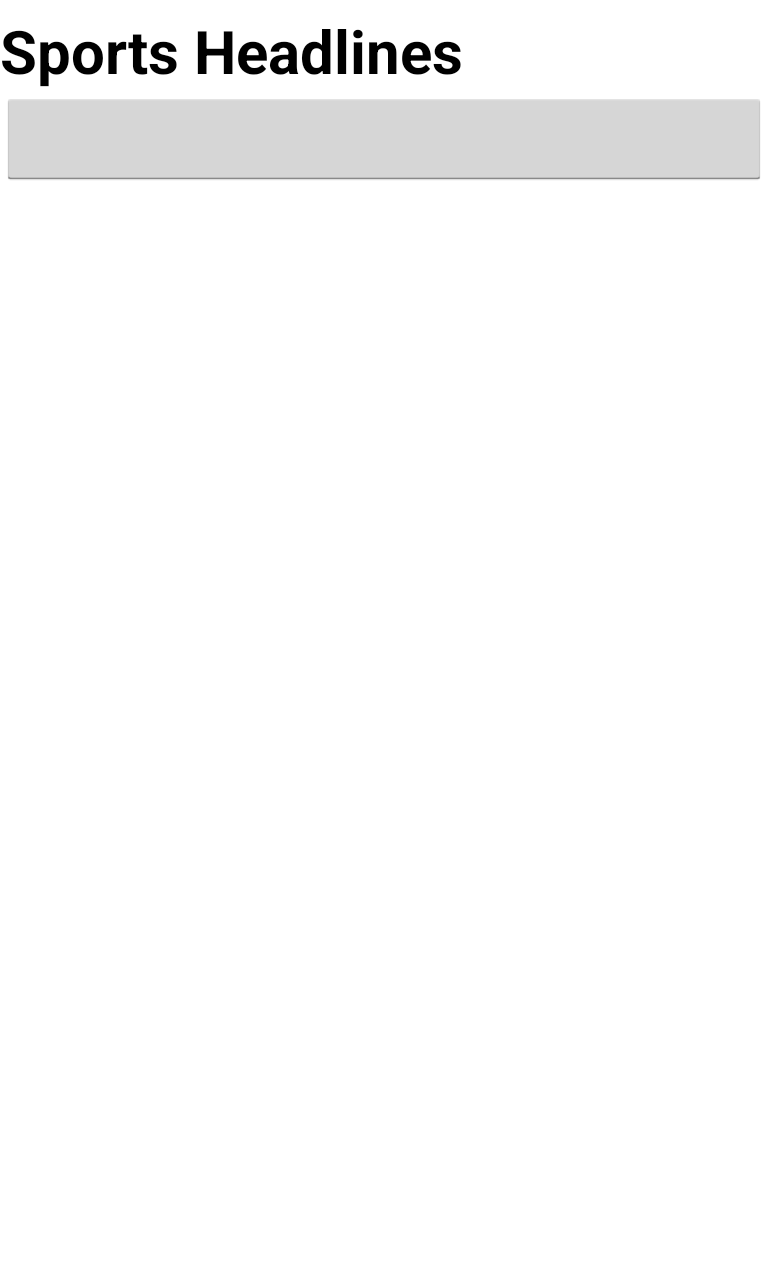
Repository: jbentley313/java2_Bentley2
Layout: sportsHeadlines/res/layout/activity_main.xml
An editor plug-in stored every save of this project. The layout is shown before and after the next save, followed by the edit.
It is drawn on a 768 x 1280 px phone screen (xhdpi) without system bars, with theme AppTheme; the app's code is not run. Lists and similar views that code fills are empty.

Above is the layout before, as saved 2014-01-10 00:45:09.

### sportsHeadlines/res/layout/activity_main.xml
<LinearLayout xmlns:android="http://schemas.android.com/apk/res/android"
    xmlns:tools="http://schemas.android.com/tools"
    android:layout_width="fill_parent"
    android:layout_height="wrap_content"
    android:orientation="vertical" >

    <TextView
        android:id="@+id/titleTextView"
        style="@style/TitleStyle"
        android:layout_width="match_parent"
        android:layout_height="wrap_content"
        android:text="@string/sports_headlines" />


    <Button
        android:id="@+id/firstButton"
        android:layout_width="fill_parent"
        android:layout_height="wrap_content" />

    <TextView
        android:id="@+id/resultTextView"
        android:layout_width="match_parent"
        android:layout_height="wrap_content" />

    <ListView
        android:id="@+id/list"
        android:layout_width="match_parent"
        android:layout_height="wrap_content"
        android:divider="#ffffff" />


</LinearLayout>

### sportsHeadlines/res/values/styles.xml
<resources xmlns:android="http://schemas.android.com/apk/res/android">

    <!--
        Base application theme, dependent on API level. This theme is replaced
        by AppBaseTheme from res/values-vXX/styles.xml on newer devices.
    -->
    <style name="AppBaseTheme" parent="android:Theme.Light">
        <!--
            Theme customizations available in newer API levels can go in
            res/values-vXX/styles.xml, while customizations related to
            backward-compatibility can go here.
        -->
    </style>

    <!-- Application theme. -->
    <style name="AppTheme" parent="AppBaseTheme">
        <!-- All customizations that are NOT specific to a particular API-level can go here. -->
    </style>

    <style name="TitleStyle">
        <item name="android:textStyle">bold</item>
        <item name="android:textColor">@android:color/black</item>
        <item name="android:textSize">30sp</item>
        <item name="android:paddingTop">5dp</item>
    </style>

</resources>

### sportsHeadlines/res/values/strings.xml
<?xml version="1.0" encoding="utf-8"?>
<resources>

    <string name="app_name">sportsHeadlines</string>
    <string name="action_settings">Settings</string>
    <string name="hello_world">Hello world!</string>
    <string name="sports_headlines">Sports Headlines</string>
    <string name="headline">Headline</string>
    <string name="last_modified">Last Modified</string>
    <string name="refresh">Refresh</string>

</resources>

Loaded but not shown: sportsHeadlines/res/values-v11/styles.xml (common file); sportsHeadlines/res/values-v14/styles.xml (common file)

After the next save:
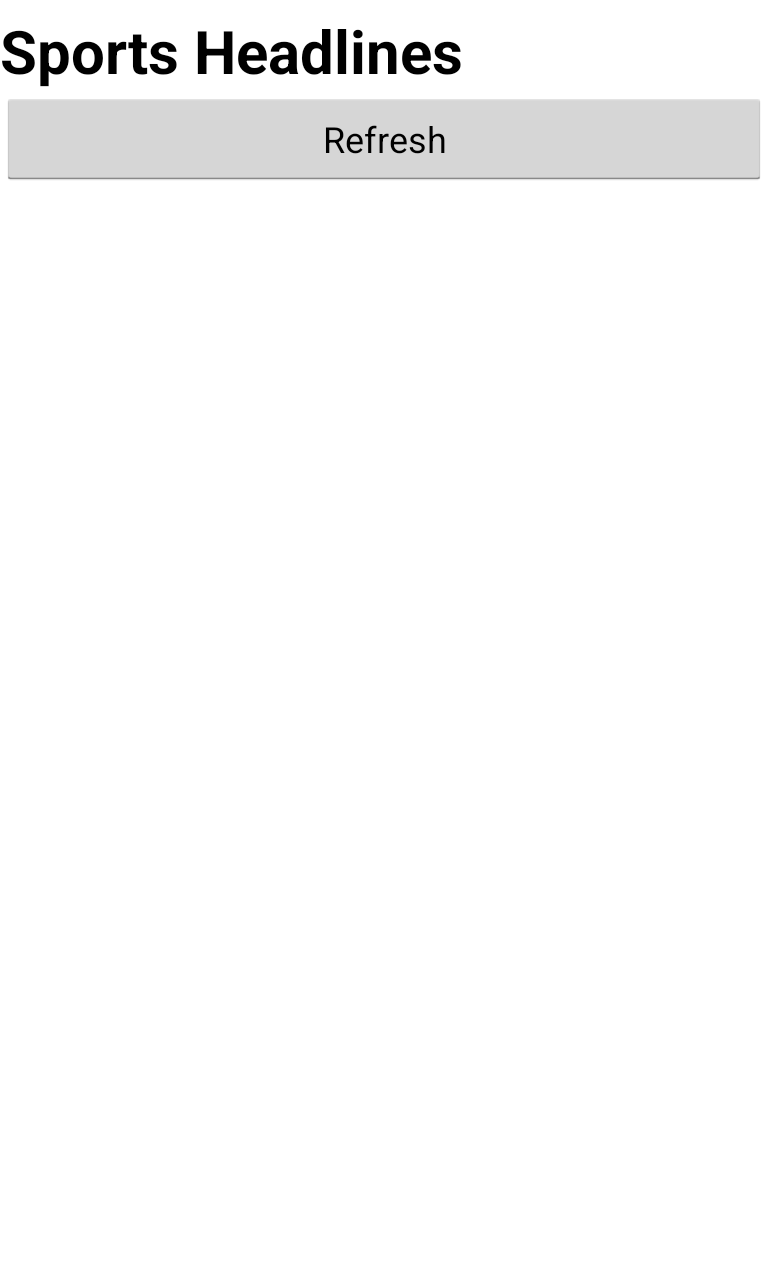
Saved 2 s later.
--- a/sportsHeadlines/res/layout/activity_main.xml
+++ b/sportsHeadlines/res/layout/activity_main.xml
@@ -15,7 +15,8 @@
     <Button
         android:id="@+id/firstButton"
         android:layout_width="fill_parent"
-        android:layout_height="wrap_content" />
+        android:layout_height="wrap_content"
+        android:text="@string/refresh" />
 
     <TextView
         android:id="@+id/resultTextView"
